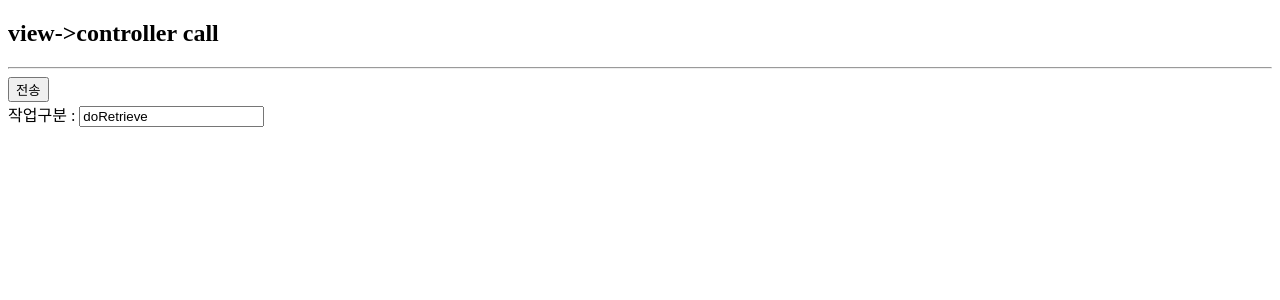
Repository: dongseon-git/WEB_JSP
Page: http://localhost/studyhtml5/board/testForm.jsp
An editor plug-in stored every save of this project. The page is shown before and after the next save, followed by the edit.
The browser window is 1280 px wide. The pictures show the whole page.
The page is served by Tomcat 9. Nobody is signed in. The application's start-up code is not run. Other server files are loaded and not shown.

Above is the page before, as saved 2022-05-17 02:10:09.

### workspace/studyhtml5/WebContent/board/testForm.jsp
<%@ page language="java" contentType="text/html; charset=UTF-8"
    pageEncoding="UTF-8"%>
    <%@include file = "/com/common.jsp" %>
    <%
    LOG.debug("contPath:" +contPath);
    %>
<!DOCTYPE html>
<html>
<head>
<meta name="viewport" content="width=device-width,initial-scale=1.0">
<meta charset="UTF-8">
<link rel="shortcut icon" type="image/x-icon" href="<%=contPath %>/favicon.ico">

<!--reset 스타일 시트 -->
<!-- link rel="stylesheet" type="text/css" href="<%=contPath %>/asset/css/reset.css" -->
<link rel="stylesheet"  type="text/css" href="<%=contPath %>/asset/css/jQuery-ui.css">
<!--스타일 시트 -->
<style type="text/css">
</style>
<title>Insert title here</title>
<!-- jquery -->
<script type="text/javascript" src="<%=contPath %>/asset/js/jquery-1.12.4.js"></script>
<!-- jQuery UI -->
<script type="text/javascript" src="<%=contPath %>/asset/js/jQuery-ui.js"></script>

</head>
<body>
<h2>view->controller call</h2>
<hr/>
<div>
    <input type="button" value="전송" onclick="doSave();">
    </div>
    <form action="<%=contPath %>/board/board.do" name="boardFrm" id="boardFrm" >
         작업구분 : <input type="text" name="work_div" id="work_div" value="doRetrieve"><br>

    </form>

    <script type="text/javascript">
$(document).ready(function(){
    console.log(`document ready`);
});
function doSave(){
    console.log(`doSave()`);
    let frm = document.getElementById("boardFrm");
    frm.submit();

}
</script>
</body>
</html>

### workspace/studyhtml5/WebContent/com/common.jsp
<%@page import="org.apache.log4j.Logger"%>
<%@ page language="java" contentType="text/html; charset=UTF-8"
    pageEncoding="UTF-8"%>
<%
//context path
String contPath = request.getContextPath();
Logger LOG = Logger.getLogger(this.getClass());

//http 1.1에서 지원하는 헤더: 웹브라우저가 응답결과를 캐시하지 않음
response.setHeader("Cache-Control", "no-cache");

//웹브라우저가 응답결과를 캐시하지 않음(앞/뒤로 가기 no-cache)
response.setHeader("Cache-Control","no-store");

//http 1.0에서 지원하는 헤더: 웹 브라우저가 응답결과를 캐시하지 않음
response.setHeader("Pragma","no-cache");

//http 1.0에서 현재시간 이전으로 캐시하지 않음
response.setHeader("Expires","1L");
%>

Loaded but not shown: workspace/studyhtml5/WebContent/asset/css/jQuery-ui.css (library); workspace/studyhtml5/WebContent/asset/js/jquery-1.12.4.js (library); workspace/studyhtml5/WebContent/asset/js/jQuery-ui.js (library)

After the next save:
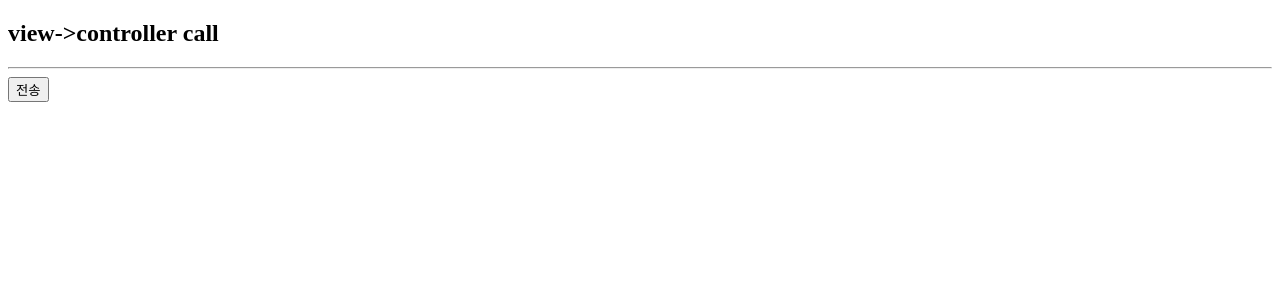
Saved 82 min 33 s later.
--- a/workspace/studyhtml5/WebContent/board/testForm.jsp
+++ b/workspace/studyhtml5/WebContent/board/testForm.jsp
@@ -31,7 +31,7 @@
     <input type="button" value="전송" onclick="doSave();">
     </div>
     <form action="<%=contPath %>/board/board.do" name="boardFrm" id="boardFrm" >
-         작업구분 : <input type="text" name="work_div" id="work_div" value="doRetrieve"><br>
+
 
     </form>
 
